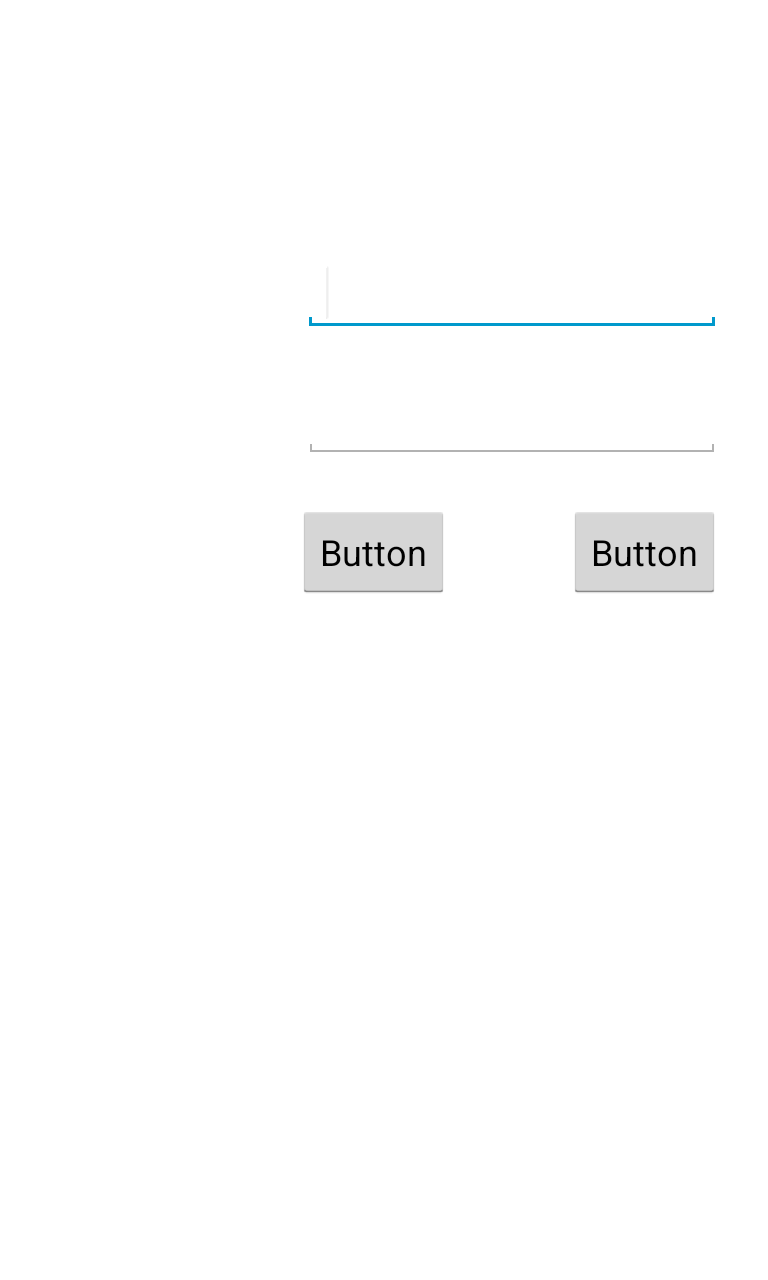
Repository: LeBenHL/CS169WarmUp
Layout: android/HelloWorld/res/layout/activity_main.xml
An editor plug-in stored every save of this project. The layout is shown before and after a run of saves, followed by the edit.
It is drawn on a 768 x 1280 px phone screen (xhdpi) without system bars, with theme AppTheme; the app's code is not run.

Above is the layout before, as saved 2013-02-16 23:45:16.

After the next 2 saves:
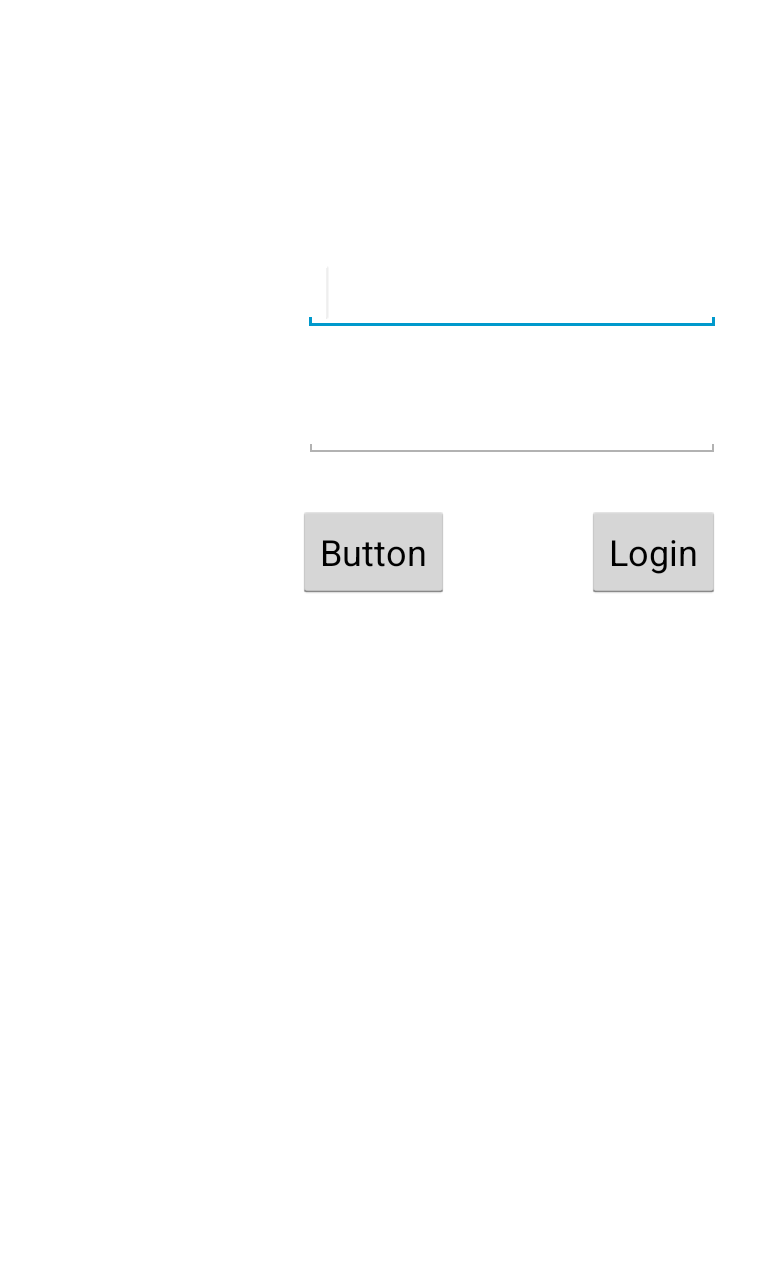
The 2 saves are shown as one change because they came seconds apart.
The last was saved 6 s later.
--- a/android/HelloWorld/res/layout/activity_main.xml
+++ b/android/HelloWorld/res/layout/activity_main.xml
@@ -49,6 +49,6 @@
         android:layout_alignBaseline="@+id/Login"
         android:layout_alignBottom="@+id/Login"
         android:layout_alignRight="@+id/password"
-        android:text="Button" />
+        android:text="Login" />
 
 </RelativeLayout>
